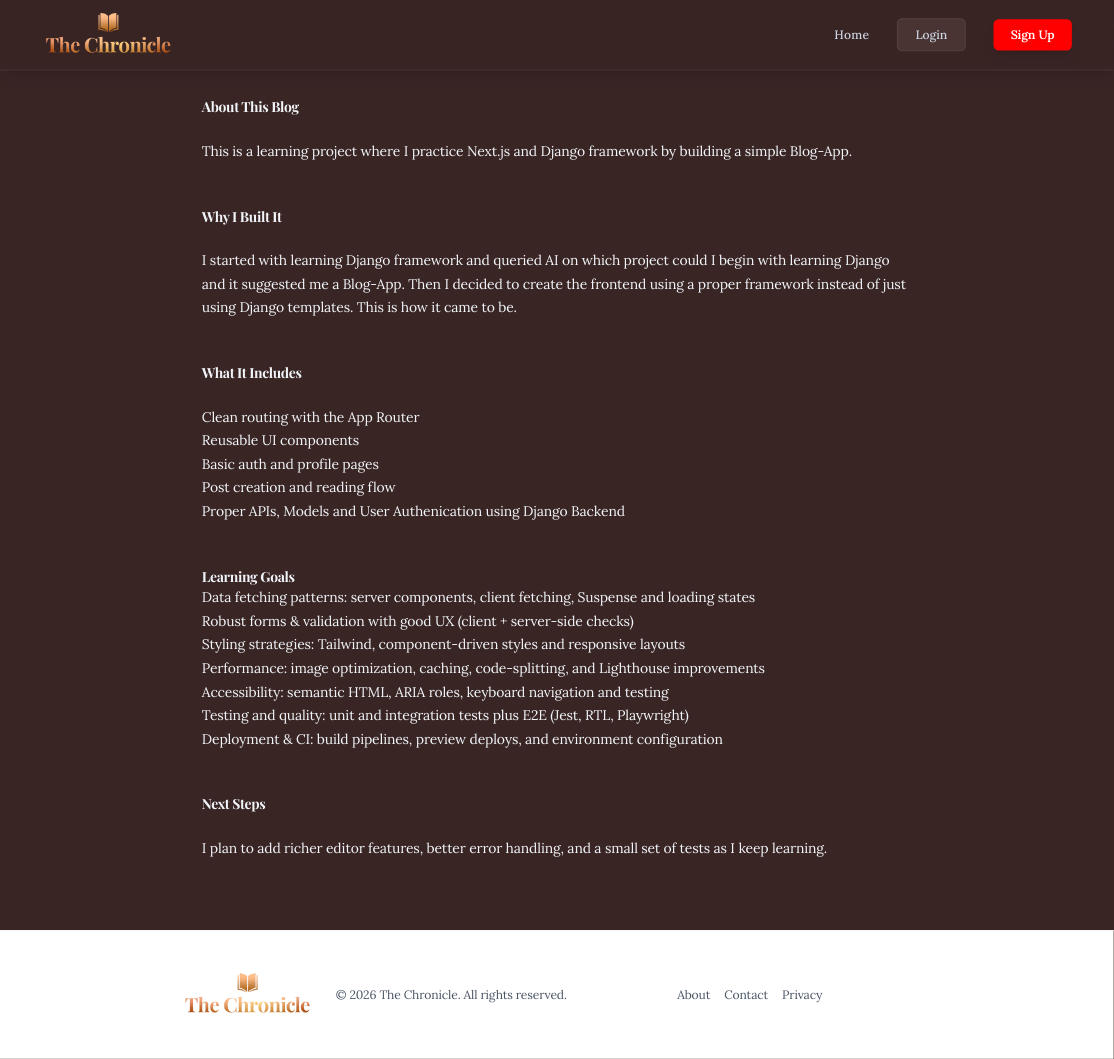
Repository: swaruplamsal/BasicBlogApp
Page: /about (app in blog-frontend/)
The author's editor kept a copy of each file at every save. The page is drawn from the files as they stood at one save, then again after the next save.
The browser window is 1280 px wide. The pictures show the whole page, at 87% of full size.
The page's requests for data from a server got no answer. The project was rebuilt for these pictures with package versions that can differ from the ones it lists, and the page was loaded fresh each time. The framework's server and built-in components were replaced by stand-ins that run in the browser. No one was signed in, and anything a server would have sent is missing. Also part of the build but not shown: blog-frontend/next.config.mjs, blog-frontend/app/components/Avatar.js.

Above is the page before, as saved 2026-02-07 21:00:09.

### blog-frontend/app/layout.js
// app/layout.js
import { Lora, Playfair_Display } from "next/font/google";
import { AuthProvider } from "./context/AuthContext";
import { generateSiteMetadata } from "../lib/metadata";
import "./globals.css";

export const metadata = generateSiteMetadata();

const lora = Lora({
  subsets: ["latin"],
  weight: ["400", "500", "600", "700"],
  variable: "--font-lora",
});

const playfair = Playfair_Display({
  subsets: ["latin"],
  weight: ["400", "500", "600", "700", "900"],
  variable: "--font-playfair",
});

export default function RootLayout({ children }) {
  return (
    <html lang="en">
      <body className={`${lora.variable} ${playfair.variable}`}>
        <AuthProvider>{children}</AuthProvider>
      </body>
    </html>
  );
}

### blog-frontend/app/about/page.js
import Navbar from "../components/Navbar";
import Footer from "../components/Footer";

const sectionStyle = {
  marginTop: "1.5rem",
};

export default function About() {
  return (
    <div className="dark:bg-sky-950">
      <Navbar />
      <main style={{ padding: "2rem", maxWidth: "880px", margin: "0 auto" }}>
        <h1>About This Blog</h1>
        <br />

        <p>
          This is a learning project where I practice Next.js and Django
          framework by building a simple Blog-App.
        </p>
        <br />
        <section style={sectionStyle}>
          <h2>Why I Built It</h2>
          <br />
          <p>
            I started with learning Django framework and queried AI on which
            project could I begin with learning Django and it suggested me a
            Blog-App. Then I decided to create the frontend using a proper
            framework instead of just using Django templates. This is how it
            came to be.
          </p>
        </section>
        <br />

        <section style={sectionStyle}>
          <h2>What It Includes</h2>
          <br />
          <ul>
            <li>Clean routing with the App Router</li>
            <li>Reusable UI components</li>
            <li>Basic auth and profile pages</li>
            <li>Post creation and reading flow</li>
            <li>
              Proper APIs, Models and User Authenication using Django Backend
            </li>
          </ul>
        </section>
        <br />

        <section style={sectionStyle}>
          <h2>Learning Goals</h2>
          <ul>
            <li>
              Data fetching patterns: server components, client fetching,
              Suspense and loading states
            </li>
            <li>
              Robust forms & validation with good UX (client + server-side
              checks)
            </li>
            <li>
              Styling strategies: Tailwind, component-driven styles and
              responsive layouts
            </li>
            <li>
              Performance: image optimization, caching, code-splitting, and
              Lighthouse improvements
            </li>
            <li>
              Accessibility: semantic HTML, ARIA roles, keyboard navigation and
              testing
            </li>
            <li>
              Testing and quality: unit and integration tests plus E2E (Jest,
              RTL, Playwright)
            </li>
            <li>
              Deployment & CI: build pipelines, preview deploys, and environment
              configuration
            </li>
          </ul>
        </section>
        <br />

        <section style={sectionStyle}>
          <h2>Next Steps</h2>
          <br />
          <p>
            I plan to add richer editor features, better error handling, and a
            small set of tests as I keep learning.
          </p>
        </section>
      </main>
      <Footer />
    </div>
  );
}

### blog-frontend/app/context/AuthContext.js
"use client";

import { createContext, useContext, useState, useEffect } from "react";
import { authApi } from "../../lib/api";

const AuthContext = createContext();

// Helper function to get initial state from localStorage
function getInitialAuth() {
  if (typeof window === "undefined") {
    return { token: null, user: null };
  }

  const savedToken = localStorage.getItem("token");
  const savedUser = localStorage.getItem("user");

  return {
    token: savedToken || null,
    user: savedUser ? JSON.parse(savedUser) : null,
  };
}

export function AuthProvider({ children }) {
  const [user, setUser] = useState(() => getInitialAuth().user);
  const [token, setToken] = useState(() => getInitialAuth().token);

  // Sync user data with backend on mount if token exists
  useEffect(() => {
    if (typeof window === "undefined" || !token) return;

    const syncUserData = async () => {
      try {
        const completeUser = await authApi.getCurrentUser();
        setUser(completeUser);
        localStorage.setItem("user", JSON.stringify(completeUser));
      } catch (error) {
        // If sync fails, user might be logged out - clear auth state
        setToken(null);
        setUser(null);
        localStorage.removeItem("token");
        localStorage.removeItem("user");
      }
    };

    syncUserData();
  }, [token]);

  const login = async (username, password) => {
    try {
      const data = await authApi.login(username, password);

      setToken(data.token);
      localStorage.setItem("token", data.token);

      // Fetch complete user data including profile
      try {
        const completeUser = await authApi.getCurrentUser();
        setUser(completeUser);
        localStorage.setItem("user", JSON.stringify(completeUser));
      } catch (profileError) {
        // Fallback to basic user data if profile fetch fails
        setUser(data.user);
        localStorage.setItem("user", JSON.stringify(data.user));
      }

      return { success: true };
    } catch (error) {
      return { success: false, error: error.message };
    }
  };

  const signup = async (username, email, password) => {
    try {
      const data = await authApi.signup(username, email, password);

      setToken(data.token);
      setUser(data.user);
      localStorage.setItem("token", data.token);
      localStorage.setItem("user", JSON.stringify(data.user));
      return { success: true };
    } catch (error) {
      return { success: false, error: error.message };
    }
  };

  const logout = () => {
    setToken(null);
    setUser(null);
    localStorage.removeItem("token");
    localStorage.removeItem("user");
  };

  const refreshUser = async () => {
    if (!token) return;

    try {
      const completeUser = await authApi.getCurrentUser();
      setUser(completeUser);
      localStorage.setItem("user", JSON.stringify(completeUser));
    } catch (error) {
      console.log("Failed to refresh user data:", error.message);
    }
  };

  return (
    <AuthContext.Provider
      value={{ user, token, login, signup, logout, refreshUser }}
    >
      {children}
    </AuthContext.Provider>
  );
}

export function useAuth() {
  return useContext(AuthContext);
}

### blog-frontend/lib/metadata.js
// Helper functions for generating metadata

export const generateSiteMetadata = () => ({
  title: {
    template: "%s | The Chronicle",
    default: "The Chronicle - Where Stories Matter",
  },
  description:
    "Discover thoughtful perspectives, compelling narratives, and insights that challenge the ordinary.",
  keywords: ["blog", "stories", "articles", "writing", "chronicle"],
  authors: [{ name: "The Chronicle Team" }],
  openGraph: {
    type: "website",
    locale: "en_US",
    siteName: "The Chronicle",
  },
  twitter: {
    card: "summary_large_image",
  },
  // Fallback favicon / site icon. Place a file at public/favicon.png (or /favicon.ico)
  icons: {
    icon: "/favicon.png",
    apple: "/favicon.png",
  },
});

export const generatePostMetadata = (post) => {
  if (!post) return {};

  return {
    title: post.title,
    description: post.content.substring(0, 160) + "...",
    keywords: post.tags?.map((tag) => tag.name) || [],
    authors: [{ name: post.author?.username || "Anonymous" }],
    openGraph: {
      title: post.title,
      description: post.content.substring(0, 160) + "...",
      type: "article",
      publishedTime: post.created_at,
      modifiedTime: post.updated_at,
      authors: [post.author?.username || "Anonymous"],
      tags: post.tags?.map((tag) => tag.name) || [],
    },
    twitter: {
      card: "summary_large_image",
      title: post.title,
      description: post.content.substring(0, 160) + "...",
    },
  };
};

### blog-frontend/app/globals.css
@import "tailwindcss";

@layer base {
  :root {
    /* Bold Editorial Theme - Color Hunt Palette */
    --background: #3a2525;
    --background-elevated: #4a3535;
    --background-hover: #5a4545;
    --foreground: #f1f5f9;
    --foreground-muted: #cbd5e1;
    --foreground-subtle: #94a3b8;

    /* Accent Colors */
    --accent: #ff0000;
    --accent-hover: #cc0000;
    --accent-light: #ff3333;
    --accent-secondary: #9e2a2a;
    --navy: #000080;
    --navy-hover: #0000a0;

    /* Borders & Dividers */
    --border: #5a4545;
    --border-light: #6a5555;

    /* Semantic Colors */
    --success: #10b981;
    --error: #ff0000;
    --warning: #ff0000;
  }

  body {
    background: var(--background);
    color: var(--foreground);
    font-family:
      var(--font-lora),
      -apple-system,
      BlinkMacSystemFont,
      "Segoe UI",
      Roboto,
      sans-serif;
    line-height: 1.7;
    -webkit-font-smoothing: antialiased;
    -moz-osx-font-smoothing: grayscale;
    letter-spacing: -0.011em;
  }

  h1,
  h2,
  h3,
  h4,
  h5,
  h6 {
    font-family: var(--font-playfair), Georgia, serif;
    font-weight: 700;
    line-height: 1.25;
    color: var(--foreground);
    letter-spacing: -0.025em;
  }
}

@layer components {
  /* Custom Scrollbar */
  ::-webkit-scrollbar {
    width: 8px;
  }

  ::-webkit-scrollbar-track {
    background: var(--background);
  }

  ::-webkit-scrollbar-thumb {
    background: var(--accent);
    border-radius: 4px;
  }

  ::-webkit-scrollbar-thumb:hover {
    background: var(--accent-hover);
  }

  /* Smooth transitions */
  * {
    transition-property:
      background-color, border-color, color, fill, stroke, transform, opacity;
    transition-timing-function: cubic-bezier(0.4, 0, 0.2, 1);
    transition-duration: 200ms;
  }

  /* Editorial Utilities */
  .editorial-gradient {
    background: linear-gradient(
      135deg,
      var(--background) 0%,
      var(--background-elevated) 100%
    );
  }

  .text-gradient {
    background: linear-gradient(135deg, #ff0000, #9e2a2a);
    -webkit-background-clip: text;
    -webkit-text-fill-color: transparent;
    background-clip: text;
  }

  .reading-progress {
    position: fixed;
    top: 0;
    left: 0;
    height: 3px;
    background: linear-gradient(90deg, #ff0000, #9e2a2a);
    z-index: 9999;
    transition: width 0.1s ease-out;
  }

  .card-hover {
    transition: all 0.3s cubic-bezier(0.4, 0, 0.2, 1);
  }

  .card-hover:hover {
    transform: translateY(-2px);
    box-shadow: 0 20px 40px -12px rgba(255, 0, 0, 0.2);
    border-color: #6a5555 !important;
  }

  /* Button Styles */
  .btn-primary {
    background-color: #ff0000;
    box-shadow: 0 10px 25px -5px rgba(255, 0, 0, 0.3);
    transition: all 0.3s ease;
  }

  .btn-primary:hover {
    background-color: #cc0000;
    box-shadow: 0 15px 30px -5px rgba(255, 0, 0, 0.4);
  }

  /* Link Styles */
  .link-red {
    color: #ff0000;
    transition: color 0.2s ease;
  }

  .link-red:hover {
    color: #ff3333;
  }

  .link-nav {
    color: #cbd5e1;
    transition: color 0.2s ease;
  }

  .link-nav:hover {
    color: #ff0000;
  }

  /* Article Title */
  .article-title {
    color: #f1f5f9;
    transition: color 0.3s ease;
  }

  .article-title:hover {
    color: #ff0000;
  }

  /* Tag Styles */
  .tag {
    color: #94a3b8;
    background-color: rgba(90, 69, 69, 0.5);
    border: 1px solid rgba(106, 85, 85, 0.5);
    transition: all 0.2s ease;
  }

  .tag:hover {
    border-color: #9e2a2a;
    color: #cbd5e1;
  }
  /* Form Styles */
  .form-input {
    background-color: rgba(90, 69, 69, 0.5);
    border: 1px solid #6a5555;
    color: #f1f5f9;
    transition: all 0.2s ease;
  }

  .form-input:focus {
    outline: none;
    border-color: #ff0000;
    background-color: rgba(90, 69, 69, 0.7);
  }

  .form-label {
    color: #cbd5e1;
  }

  .form-container {
    background-color: rgba(74, 53, 53, 0.5);
    border: 1px solid #5a4545;
  }

  .btn-secondary {
    background-color: rgba(90, 69, 69, 0.8);
    color: #cbd5e1;
    border: 1px solid #6a5555;
    transition: all 0.2s ease;
  }

  .btn-secondary:hover {
    background-color: rgba(90, 69, 69, 1);
    border-color: #7a6565;
  }

  .btn-danger {
    background-color: rgba(158, 42, 42, 0.8);
    color: #fff;
    border: 1px solid #9e2a2a;
    transition: all 0.2s ease;
  }

  .btn-danger:hover {
    background-color: #9e2a2a;
  }

  .btn-success {
    background-color: rgba(16, 185, 129, 0.8);
    color: #fff;
    transition: all 0.2s ease;
  }

  .btn-success:hover {
    background-color: rgb(16, 185, 129);
  }

  /* ========================================
   LOADING & ANIMATION STYLES
   ======================================== */

  /* Shimmer effect for skeleton loaders */
  @keyframes shimmer {
    0% {
      transform: translateX(-100%);
    }
    100% {
      transform: translateX(100%);
    }
  }

  .animate-shimmer {
    animation: shimmer 2s infinite;
  }

  /* Fade in animation */
  @keyframes fade-in {
    from {
      opacity: 0;
    }
    to {
      opacity: 1;
    }
  }

  .animate-fade-in {
    animation: fade-in 0.5s ease-out;
  }

  /* Fade in and slide up animation */
  @keyframes fade-in-up {
    from {
      opacity: 0;
      transform: translateY(20px);
    }
    to {
      opacity: 1;
      transform: translateY(0);
    }
  }

  .animate-fade-in-up {
    animation: fade-in-up 0.6s ease-out;
  }

  /* Scale in animation */
  @keyframes scale-in {
    from {
      opacity: 0;
      transform: scale(0.95);
    }
    to {
      opacity: 1;
      transform: scale(1);
    }
  }

  .animate-scale-in {
    animation: scale-in 0.4s ease-out;
  }

  /* Smooth transitions for all interactive elements */
  .transition-smooth {
    transition: all 0.3s cubic-bezier(0.4, 0, 0.2, 1);
  }
}

### blog-frontend/app/components/Navbar.js
// app/components/Navbar.js
"use client";

import dynamic from "next/dynamic";
import Link from "next/link";
import Image from "next/image";

const NavbarAuth = dynamic(() => import("./NavbarAuth"), { ssr: false });

export default function Navbar() {
  return (
    <nav
      className="sticky top-0 z-50 backdrop-blur-xl border-b shadow-lg"
      style={{
        backgroundColor: "rgba(58, 37, 37, 0.8)",
        borderColor: "rgba(90, 69, 69, 0.5)",
      }}
    >
      <div className="max-w-7xl mx-auto px-6 sm:px-8 lg:px-12">
        <div className="flex justify-between items-center h-20">
          {/* Logo */}
          <Link
            href="/"
            className="group flex items-center gap-3 hover:opacity-80 transition-opacity"
          >
            {/* Replace the inline svg with a logo image from public/images/logo.png */}
            <div>
              <Image
                src="/images/logo.png"
                alt="Editorial logo"
                width={150}
                height={150}
                className="object-cover"
                priority
              />
            </div>
          </Link>

          {/* Nav Links */}
          <div className="flex items-center gap-8">
            <Link
              href="/"
              className="link-nav font-medium text-sm tracking-wide"
            >
              Home
            </Link>
            <NavbarAuth />
          </div>
        </div>
      </div>
    </nav>
  );
}

### blog-frontend/app/components/Footer.js
import Image from "next/image";
import Link from "next/link";
import SocialLinks from "./SocialLinks";

export default function Footer() {
  return (
    <footer className="border-t mt-12 py-8 bg-white dark:bg-gray-900">
      <div className="max-w-4xl mx-auto px-4 flex flex-col md:flex-row items-center justify-between gap-4">
        <div className="flex items-center space-x-3">
          <Link href="/" className="flex items-center">
            <Image
              src="/images/logo.png"
              alt="Logo"
              width={150}
              height={150}
              className="rounded-sm"
            />
          </Link>
          <p className="text-sm text-gray-600 dark:text-gray-300 ml-4">
            © {new Date().getFullYear()} The Chronicle. All rights reserved.
          </p>
        </div>

        <nav className="flex items-center space-x-4">
          <Link
            href="/about"
            className="text-sm text-gray-600 hover:text-red-600 transition-colors duration-200 dark:text-gray-300 dark:hover:text-red-400 active:text-red-900 focus:outline-none focus-visible:ring-2 focus-visible:ring-red-300 rounded"
          >
            About
          </Link>
          <Link
            href="/contact"
            className="text-sm text-gray-600 hover:text-red-600 transition-colors duration-200 dark:text-gray-300 dark:hover:text-red-400 active:text-red-900 focus:outline-none focus-visible:ring-2 focus-visible:ring-red-300 rounded"
          >
            Contact
          </Link>
          <Link
            href="/privacy"
            className="text-sm text-gray-600 hover:text-red-600 transition-colors duration-200 dark:text-gray-300 dark:hover:text-red-400 active:text-red-900 focus:outline-none focus-visible:ring-2 focus-visible:ring-red-300 rounded"
          >
            Privacy
          </Link>
        </nav>

        <div>
          <SocialLinks />
        </div>
      </div>
    </footer>
  );
}

### blog-frontend/app/components/SocialLinks.js
"use client";

import Link from "next/link";

export default function SocialLinks({ website, twitter, github, linkedin }) {
  const links = [
    {
      name: "Website",
      value: website,
      href: website,
      icon: (
        <svg
          className="w-5 h-5"
          fill="none"
          stroke="currentColor"
          viewBox="0 0 24 24"
        >
          <path
            strokeLinecap="round"
            strokeLinejoin="round"
            strokeWidth={2}
            d="M21 12a9 9 0 01-9 9m9-9a9 9 0 00-9-9m9 9H3m9 9a9 9 0 01-9-9m9 9c1.657 0 3-4.03 3-9s-1.343-9-3-9m0 18c-1.657 0-3-4.03-3-9s1.343-9 3-9m-9 9a9 9 0 019-9"
          />
        </svg>
      ),
    },
    {
      name: "Twitter",
      value: twitter,
      href: twitter ? `https://twitter.com/${twitter}` : null,
      icon: (
        <svg className="w-5 h-5" fill="currentColor" viewBox="0 0 24 24">
          <path d="M18.244 2.25h3.308l-7.227 8.26 8.502 11.24H16.17l-5.214-6.817L4.99 21.75H1.68l7.73-8.835L1.254 2.25H8.08l4.713 6.231zm-1.161 17.52h1.833L7.084 4.126H5.117z" />
        </svg>
      ),
    },
    {
      name: "GitHub",
      value: github,
      href: github ? `https://github.com/${github}` : null,
      icon: (
        <svg className="w-5 h-5" fill="currentColor" viewBox="0 0 24 24">
          <path
            fillRule="evenodd"
            d="M12 2C6.477 2 2 6.484 2 12.017c0 4.425 2.865 8.18 6.839 9.504.5.092.682-.217.682-.483 0-.237-.008-.868-.013-1.703-2.782.605-3.369-1.343-3.369-1.343-.454-1.158-1.11-1.466-1.11-1.466-.908-.62.069-.608.069-.608 1.003.07 1.531 1.032 1.531 1.032.892 1.53 2.341 1.088 2.91.832.092-.647.35-1.088.636-1.338-2.22-.253-4.555-1.113-4.555-4.951 0-1.093.39-1.988 1.029-2.688-.103-.253-.446-1.272.098-2.65 0 0 .84-.27 2.75 1.026A9.564 9.564 0 0112 6.844c.85.004 1.705.115 2.504.337 1.909-1.296 2.747-1.027 2.747-1.027.546 1.379.202 2.398.1 2.651.64.7 1.028 1.595 1.028 2.688 0 3.848-2.339 4.695-4.566 4.943.359.309.678.92.678 1.855 0 1.338-.012 2.419-.012 2.747 0 .268.18.58.688.482A10.019 10.019 0 0022 12.017C22 6.484 17.522 2 12 2z"
            clipRule="evenodd"
          />
        </svg>
      ),
    },
    {
      name: "LinkedIn",
      value: linkedin,
      href: linkedin ? `https://linkedin.com/in/${linkedin}` : null,
      icon: (
        <svg className="w-5 h-5" fill="currentColor" viewBox="0 0 24 24">
          <path d="M20.447 20.452h-3.554v-5.569c0-1.328-.027-3.037-1.852-3.037-1.853 0-2.136 1.445-2.136 2.939v5.667H9.351V9h3.414v1.561h.046c.477-.9 1.637-1.85 3.37-1.85 3.601 0 4.267 2.37 4.267 5.455v6.286zM5.337 7.433c-1.144 0-2.063-.926-2.063-2.065 0-1.138.92-2.063 2.063-2.063 1.14 0 2.064.925 2.064 2.063 0 1.139-.925 2.065-2.064 2.065zm1.782 13.019H3.555V9h3.564v11.452zM22.225 0H1.771C.792 0 0 .774 0 1.729v20.542C0 23.227.792 24 1.771 24h20.451C23.2 24 24 23.227 24 22.271V1.729C24 .774 23.2 0 22.222 0h.003z" />
        </svg>
      ),
    },
  ];

  const activeLinks = links.filter((link) => link.value);

  if (activeLinks.length === 0) {
    return null;
  }

  return (
    <div className="flex flex-wrap gap-3">
      {activeLinks.map((link) => (
        <a
          key={link.name}
          href={link.href}
          target="_blank"
          rel="noopener noreferrer"
          className="flex items-center gap-2 px-4 py-2 bg-slate-800/50 rounded-lg border border-slate-700/50 hover:border-red-600/50 hover:bg-slate-800 transition-all text-slate-400 hover:text-red-400"
          title={link.name}
        >
          {link.icon}
          <span className="text-sm">{link.name}</span>
        </a>
      ))}
    </div>
  );
}

Loaded but not shown: blog-frontend/lib/api.js (library); blog-frontend/app/components/NavbarAuth.js (180 lines, source omitted)

After the next save:
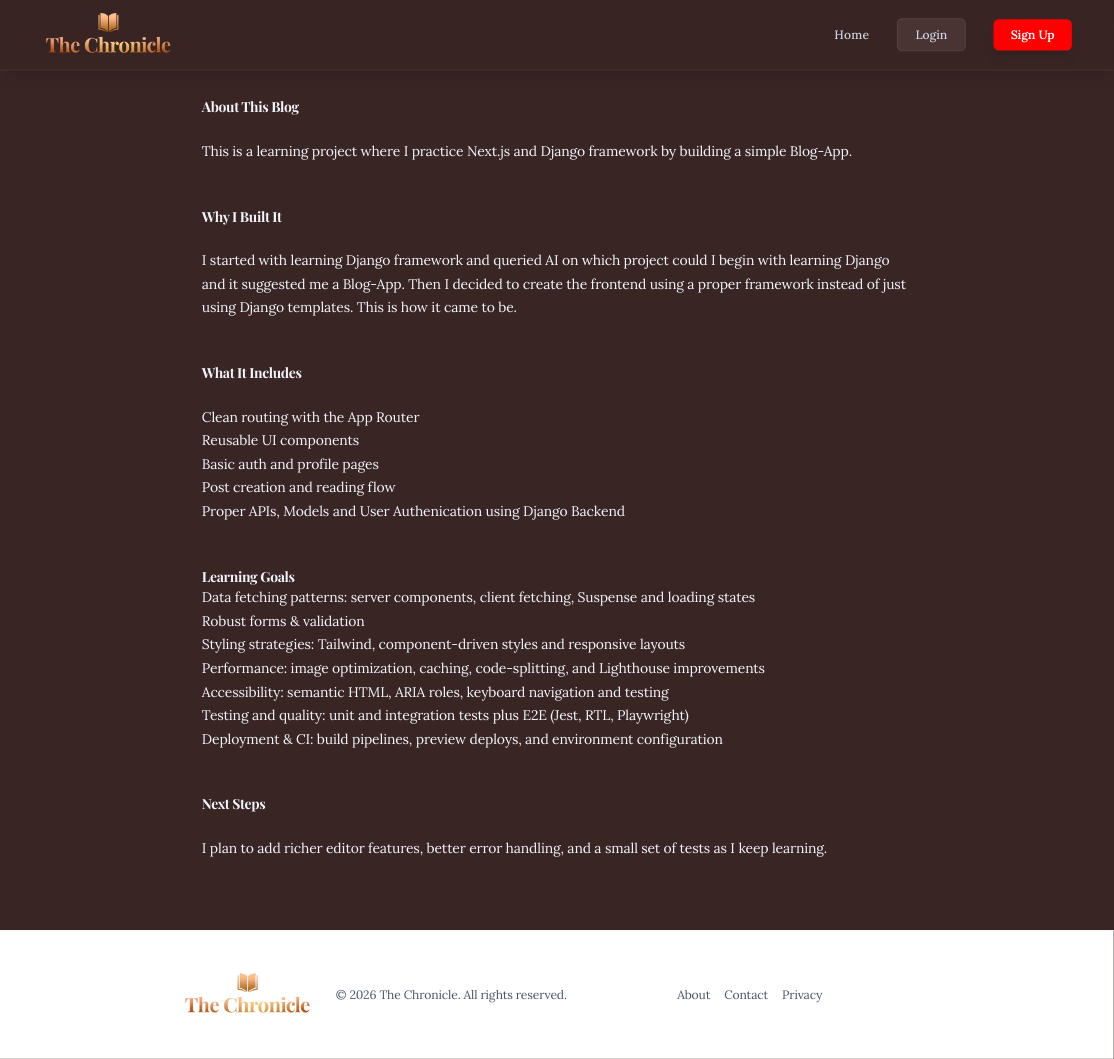
Saved 50 s later.
--- a/blog-frontend/app/about/page.js
+++ b/blog-frontend/app/about/page.js
@@ -53,10 +53,7 @@ export default function About() {
               Data fetching patterns: server components, client fetching,
               Suspense and loading states
             </li>
-            <li>
-              Robust forms & validation with good UX (client + server-side
-              checks)
-            </li>
+            <li>Robust forms & validation</li>
             <li>
               Styling strategies: Tailwind, component-driven styles and
               responsive layouts
